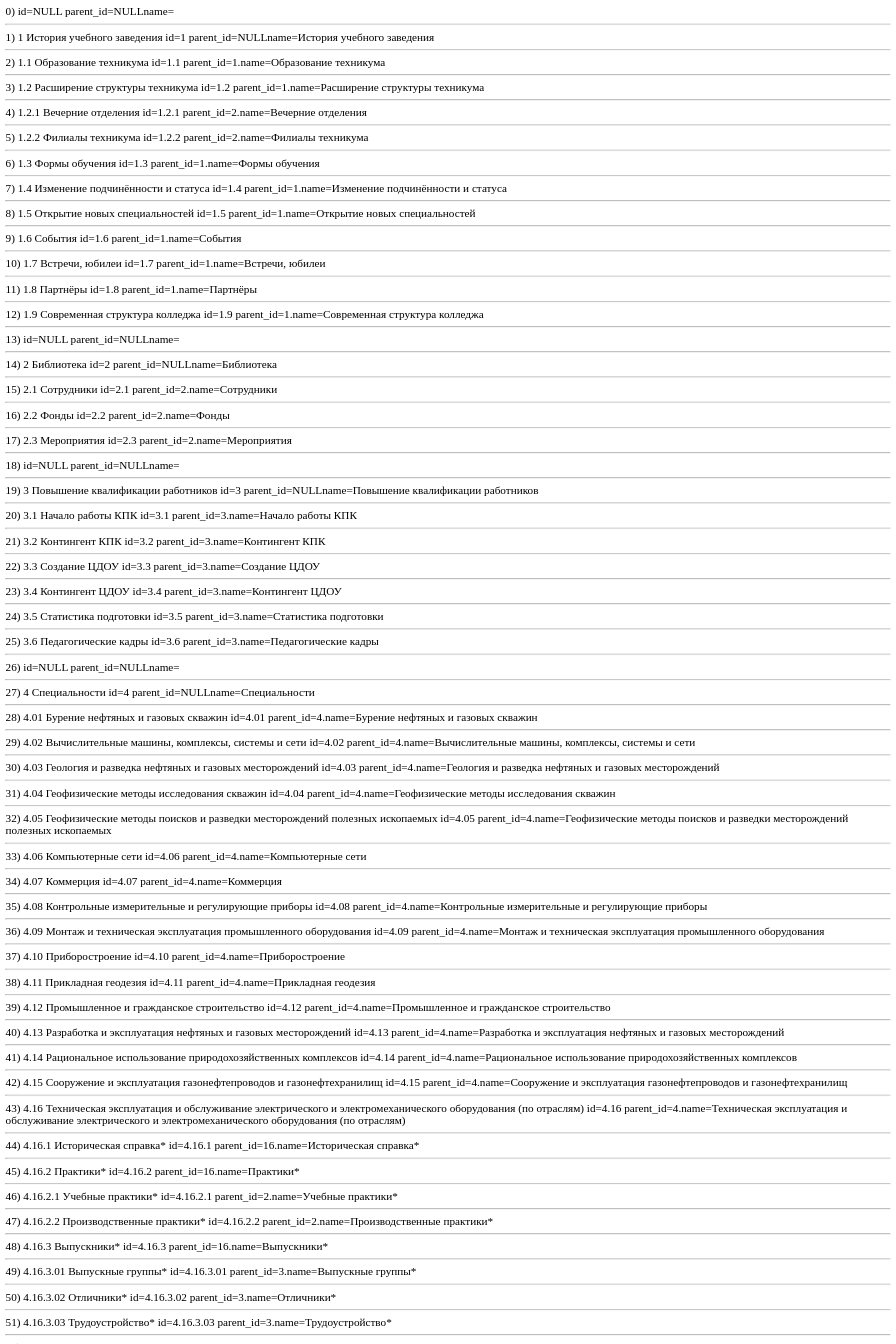
Repository: killercrush/catalog-museum
Page: http://localhost/catalog.php
The author's editor kept a record of every edit. The page is drawn from the files as they stood at one moment, then again after the next edit.
The browser window is 1280 px wide. The pictures show the part of the page from y = 0 to 1920 px (the page is 11438 px tall), at 70% of full size.
The page is run by PHP 8.4 with error messages shown; the project is at /var/www/html/.

Above is the page before.

### catalog.php
<?php



$catalog_string = "
1 История учебного заведения
1.1 Образование техникума
1.2 Расширение структуры техникума
1.2.1 Вечерние отделения
1.2.2 Филиалы техникума
1.3 Формы обучения
1.4 Изменение подчинённости и статуса
1.5 Открытие новых специальностей
1.6 События
1.7 Встречи, юбилеи
1.8 Партнёры
1.9 Современная структура колледжа

2 Библиотека
2.1 Сотрудники
2.2 Фонды
2.3 Мероприятия

3 Повышение квалификации работников
3.1 Начало работы КПК
3.2 Контингент КПК
3.3 Создание ЦДОУ
3.4 Контингент ЦДОУ
3.5 Статистика подготовки
3.6 Педагогические кадры

4 Специальности
4.01 Бурение нефтяных и газовых скважин
4.02 Вычислительные машины, комплексы, системы и сети
4.03 Геология и разведка нефтяных и газовых месторождений
4.04 Геофизические методы исследования скважин
4.05 Геофизические методы поисков и разведки месторождений полезных ископаемых
4.06 Компьютерные сети
4.07 Коммерция
4.08 Контрольные измерительные и регулирующие приборы
4.09 Монтаж и техническая эксплуатация промышленного оборудования
4.10 Приборостроение
4.11 Прикладная геодезия
4.12 Промышленное и гражданское строительство
4.13 Разработка и эксплуатация нефтяных и газовых месторождений
4.14 Рациональное использование природохозяйственных комплексов
4.15 Сооружение и эксплуатация газонефтепроводов и газонефтехранилищ
4.16 Техническая эксплуатация и обслуживание электрического и электромеханического оборудования (по отраслям)
4.16.1 Историческая справка*
4.16.2 Практики*
4.16.2.1 Учебные практики*
4.16.2.2 Производственные практики*
4.16.3 Выпускники*
4.16.3.01 Выпускные группы*
4.16.3.02 Отличники*
4.16.3.03 Трудоустройство*
4.16.3.03.1 Период до 1990 года*
4.16.3.03.2 Период с 1991 года*
4.16.3.03.3 Логотипы организаций*
4.16.3.04 Участники Великой Отечественной войны**
4.16.3.05 Династии*
4.16.3.06 Воины-интернационалисты**
4.16.3.07 Успешные выпускники*
4.16.3.08 Публикации о выпускниках*
4.16.3.09 Печатные издания выпускников**
4.16.3.10 Встречи с выпускниками*

5 Коллектив
5.1 Заместители директора
5.1.1 По учебной работе
5.1.2 По воспитательной работе
5.1.3 По УПР
5.1.4 По АХЧ
5.2 Заведующие отделениями
5.2.1 Вечернее отделение
5.2.2 Дневное отделение
5.2.3 Заочное отделение
5.3 Преподаватели
5.3.1 Штатные преподаватели
5.3.2 Заслуженные учителя
5.3.3 Имеющие Почётные звания
5.3.4 Награждённые отраслевыми грамотами
5.3.5 Награждённые грамотами Минобразования
5.3.6 Приватные преподаватели и совместители
5.3.7 Классные руководители
5.4 ПЦК, ПК
5.4.1 Действующие общей подготовки
5.4.1.1 Английского языка, общеобразовательных гуманитарных дисциплин
5.4.1.2 Математических, общих естественнонаучных дисциплин
5.4.1.3 Общегуманитарных и социально-экономических дисциплин
5.4.1.4 Общеобразовательных дисциплин ОПКРС
5.4.1.5 Общепрофессиональных дисциплин
5.4.1.6 Физической культуры
5.4.1.7 Экономических дисциплин
5.4.2 Действующие выпускающие
5.4.2.1 Геологических дисциплин
5.4.2.2 Геофизических дисциплин
5.4.2.3 Информационных дисциплин и технологий
5.4.2.4 Нефтепромысловых дисциплин
5.4.2.5 Нефтяного и машиностроительного цикла
5.4.2.6 По электротехническим профессиям и специальностям
5.4.2.7 Технического обслуживания и ремонта оборудования
5.4.2.8 Экологических дисциплин
5.4.3 Исторические
5.4.3.01 Геолого-геофизических дисциплин
5.4.3.02 Гуманитарных дисциплин
5.4.3.03 Общественно-гуманитарных дисциплин
5.4.3.04 Общетехнических дисциплин
5.4.3.05 Русского языка и литературы, истории СССР и английского языка
5.4.3.06  Русского языка и литературы, истории СССР, английского языка и военно-физической подготовки
5.4.3.07 Специальных дисциплин
5.4.3.08 Строительных дисциплин
5.4.3.09 Физики, химии, математики
5.4.3.10 Физико-математических дисциплин
5.4.3.11 Физического воспитания
5.4.3.12 Черчения
5.5 Сотрудники
5.6 Участники Великой Отечественной войны
5.7 Труженики тыла
5.8 Выпускники – работники учебного заведения
5.9 Книга почёта

6 ИВЦ
6.1 Историческая справка
6.2 Современное состояние
6.3 Кадровый состав
6.4 Технические ресурсы

7 СМК
7.1 СМК колледжа
7.2 История создания
7.3 Служба маркетинга и качества
7.4 Персонал службы маркетинга и качества
7.5 Аудиты

8 Стипендиаты
8.1 Директорская стипендия
8.2 Ленинская стипендия
8.3 Стипендия им. В.М.Казакова
8.4 Стипендия им. А.Ф.Шакирова
8.5 Стипендия Правительства РФ
8.6 Стипендия Президента РБ
8.7 Стипендия Республиканской организации «Нефтегазстройпрофсоюз»
8.8 Стипендия Федерации профсоюзов РБ

9 Студенческая жизнь при социализме
9.1 История комсомольской организации
9.1.1 Неосвобождённые секретари комитета ВЛКСМ
9.1.2 Освобождённые секретари комитета ВЛКСМ
9.1.3 Состав комитетов ВЛКСМ
9.1.4 Мероприятия с участием комсомольцев
9.2 Студенческие летние будни
9.2.1 Работа в строительных и сельхозотрядах
9.2.2 Работа в колхозах в осенний период

10 Методическая работа
10.1 Историческая справка
10.2 Методический кабинет
10.2.1 Методсовет
10.2.2 Учебно-методические материалы
10.2.3 Школа педагогического мастерства
10.2.4 Награды
10.3 Мероприятия
10.3.1 Конкурсы
10.3.2 Конференции
10.2.3 Олимпиады
10.2.4 Семинары
10.2.5 Смотры
10.4 Наставники

11 Воспитательный процесс
11.1 Спортивная жизнь
11.1.1 Виды спорта
11.1.1.01 Баскетбол
11.1.1.02 Биатлон
11.1.1.03 Борьба
11.1.1.04 Велоспорт
11.1.1.05 Волейбол
11.1.1.06 Гиревой спорт
11.1.1.07 Коньки
11.1.1.08 Кросс
11.1.1.09 Лёгкая атлетика
11.1.1.10 Лыжи
11.1.1.11 Многоборье военно-прикладное
11.1.1.12 Многоборье ГТО
11.1.1.12.1 Советский период
11.1.1.12.2 Период с 2016 года
11.1.1.13 Пауэрлифтинг
11.1.1.14 Плавание
11.1.1.15 Стрельба
11.1.1.16 Теннис настольный
11.1.1.17 Тяжёлая атлетика
11.1.1.18 Футбол
11.1.1.19 Шахматы
11.1.2 Награды
11.1.2.1 Вымпелы
11.1.2.2 Грамоты
11.1.2.3 Кубки
11.1.2.4 Другие награды
11.1.3 Рекорды
11.1.4 Спартакиады
11.1.5 Чемпионы
11.1.6 Учебно-материальная база
11.2 Воспитательная работа
11.2.1 Внеклассная работа
11.2.1.1 Художественная самодеятельность
11.2.1.2 Концерты
11.2.1.3 Конкурсы
11.2.1.4 Творчество студентов
11.2.1.5 Городские мероприятия
11.2.1.6 Республиканские мероприятия
11.2.2 Военно-патриотическое воспитание
11.2.3 Педагог-психолог
11.2.3.1 Конференции
11.2.3.2 Семинары
11.2.3.3 Тренинги
113.2.4 Социальный педагог
11.2.4.1 Студенческая служба безопасности
11.2.4.2 Мероприятия
11.2.5 Педагог организатор
11.2.5.1 Студенческий совет
11.2.5.2 Мероприятия
11.2.6 Жизнь в общежитиях
11.2.7 Студенческие издания
11.3 Музеи
12.1 Этнографический
12.2 Минералогический
12.3 Истории учебного заведения

12 Некоммерческий благотворительный фонд «Студент»
12.1 История создания
12.2 Руководители
12.3 Бухгалтер
12.4 Благотворительность
12.5 Мероприятия

13 Учебное заведение в изданиях
14.1 Газета «Октябрьский нефтяник»
13.1.1 Период с 1952 по 1963 гг.
13.1.1.01 1952 год
13.1.1.02 1953 год
13.1.1.03 1954 год
13.1.1.04 1955 год
13.1.1.05 1956 год
13.1.1.06 1957 год
13.1.1.07 1958 год
13.1.1.08 1959 год
13.1.1.09 1960 год
13.1.1.10 1961 год
13.1.1.11 1962 год
13.1.1.12 1963 год
13.1.2 период с 1964 по 1975 гг.
13.1.2.01 1964 год
13.1.2.02 1965 год
13.1.2.03 1966 год
13.1.2.04 1967 год
13.1.2.05 1968 год
13.1.2.06 1969 год
13.1.2.07 1970 год
13.1.2.08 1971 год
13.1.2.09 1972 год
13.1.2.10 1973 год
13.1.2.11 1974 год
13.1.2.12 1975 год
13.1.3 период с 1976 по 1987 гг.
13.1.3.01 1976 год
13.1.3.02 1977 год
13.1.3.03 1978 год
13.1.3.04 1979 год
13.1.3.05 1980 год
13.1.3.06 1981 год
13.1.3.07 1982 год
13.1.3.08 1983 год
13.1.3.09 1984 год
13.1.3.10 1985 год
13.1.3.11 1986 год
13.1.3.12 1987 год
13.1.4 Период с 1988 по 1999 гг.
13.1.4.01 1988 год
13.1.4.02 1989 год
13.1.4.03 1990 год
13.1.4.04 1991 год
13.1.4.05 1992 год
13.1.4.06 1993 год
13.1.4.07 1994 год
13.1.4.08 1995 год
13.1.4.09 1996 год
13.1.4.10 1997 год
13.1.4.11 1998 год
13.1.4.12 1999 год
13.1.5 Период с 2000 по 2011 гг.
13.1.5.01 2000 год
13.1.5.02 2001 год
13.1.5.03 2002 год
13.1.5.04 2003 год
13.1.5.05 2004 год
13.1.5.06 2005 год
13.1.5.07 2006 год
13.1.5.08 2007 год
13.1.5.09 2008 год
13.1.5.10 2009 год
13.1.5.11 2010 год
13.1.5.12 2011 год
13.1.6 период с 2012 по 2022 гг.
13.1.6.01 2012 год
13.1.6.02 2013 год
13.1.6.03 2014 год
13.1.6.04 2015 год
13.1.6.05 2016 год
13.1.6.06 2017 год
13.1.6.07 2018 год
13.1.6.08 2019 год
13.1.6.09 2020 год
13.1.6.10 2021 год
13.1.6.11 2022 год
13.2 Газета «Деловой мир»
13.3 Газета «Республика Башкортостан»
13.4 Газета «Геофизик Татарии»
13.5 Журналы
";
$elements = explode("\n", $catalog_string);
//var_dump($elements);
$page = '<html><head></head><body>';

try {
	$connection = new PDO('mysql:host=127.0.0.1;port=3306;dbname=c9;charset=UTF8', 'killercrush', '');
	$connection->setAttribute(PDO::ATTR_DEFAULT_FETCH_MODE, PDO::FETCH_ASSOC);
	$connection->setAttribute(PDO::ATTR_ERRMODE, PDO::ERRMODE_EXCEPTION);

} catch (PDOException $e) {
	print "Error!: " . $e->getMessage() . "<br/>";
	die();
}



//$query = $connection->prepare('INSERT INTO `categories`(id, parent_id, name) VALUES (:id, :parent_id, :name)');
foreach($elements as $key => $value) {

    $id = array();
    preg_match('/\.[0-9]+ |^[0-9]+ /', $value, $id);
    if (!isset($id[0])) {
        $id = 'NULL';
        $parent_id = 'NULL';
    } else if(strpos($id[0], '.') !== false) {
        //$id = substr($id[0], 1);
        $id = substr($value, 0, strpos($value, $id[0]) + strlen($id[0]));
        $parent_id = substr($value, 0, strpos($value, $id[0]) + strlen($id[0]));
    } else {
        $id = $id[0];
        $parent_id = 'NULL';
    }

    $parent_id = array();
    preg_match_all('/[0-9]+\./', $value, $parent_id, PREG_SET_ORDER);
	if(!isset($parent_id[0])) {
	    $parent_id = 'NULL';
	} else {
	    $parent_id = end($parent_id)[0];
	}
    $name = substr($value, strpos($value, $id) + strlen($id));

//  	$query->bindValue(':id', $id);
//  	$query->bindValue(':parent_id', $parent_id);
// 	$query->bindValue(':name', $name);

// 	if ($query->execute()) {

	    $page .= $key . ') ' . $value . ' id=' . $id
	        . ' parent_id=' . $parent_id . 'name='. $name . '<hr>';
// 	}
}
$page .= '</body>';
echo $page;
?>

After the next edit:
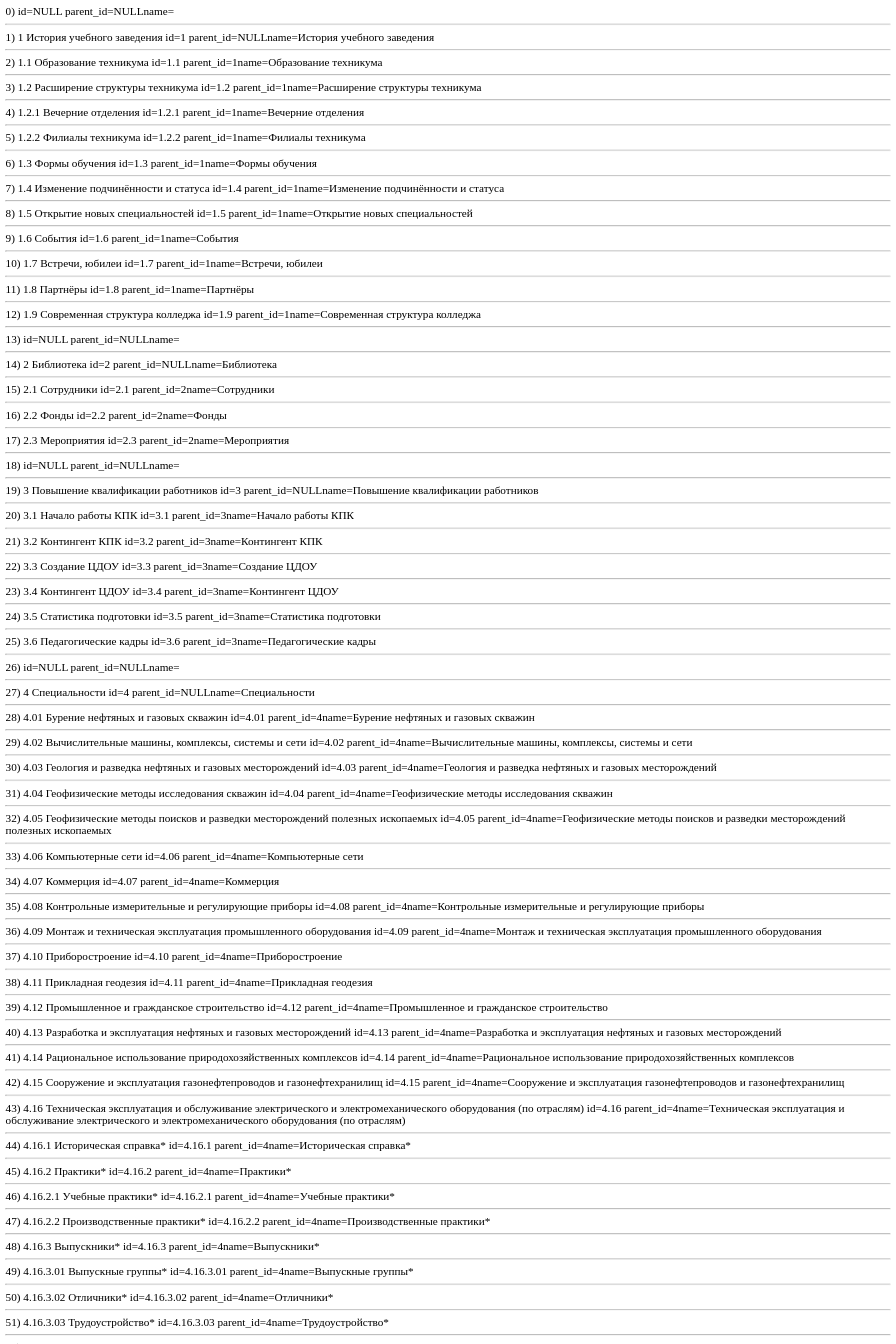
The edit:
--- a/catalog.php
+++ b/catalog.php
@@ -351,13 +351,13 @@
         $parent_id = 'NULL';
     }
 
-    $parent_id = array();
-    preg_match_all('/[0-9]+\./', $value, $parent_id, PREG_SET_ORDER);
-	if(!isset($parent_id[0])) {
-	    $parent_id = 'NULL';
-	} else {
-	    $parent_id = end($parent_id)[0];
-	}
+//     $parent_id = array();
+//     preg_match_all('/[0-9]+\./', $value, $parent_id, PREG_SET_ORDER);
+// 	if(!isset($parent_id[0])) {
+// 	    $parent_id = 'NULL';
+// 	} else {
+// 	    $parent_id = end($parent_id)[0];
+// 	}
     $name = substr($value, strpos($value, $id) + strlen($id));
 
 //  	$query->bindValue(':id', $id);
